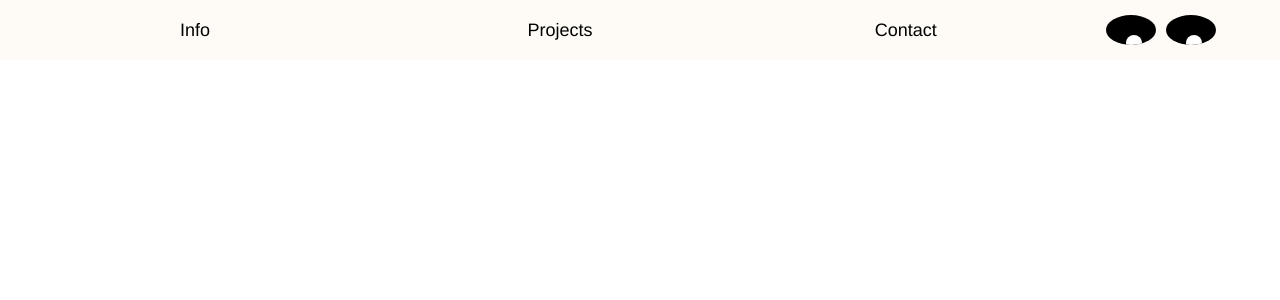
Repository: jinghuai8092/personal_website
Page: /
The author's editor kept a copy of each file at every save. The page is drawn from the files as they stood at one save, then again after the next save.
The browser window is 1280 px wide. The pictures show the whole page.
The project was rebuilt for these pictures with package versions that can differ from the ones it lists, and the page was loaded fresh each time.

Above is the page before, as saved 2021-09-09 20:52:31.

After the next save:
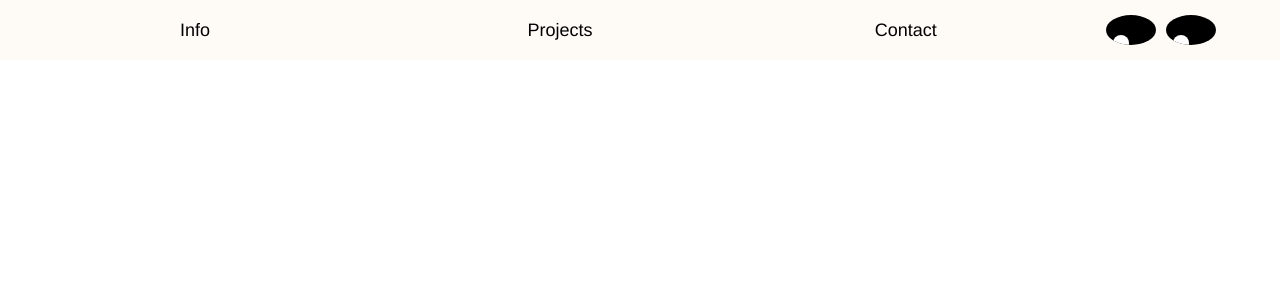
Saved 27 s later.
--- a/src/common/header/header.module.css
+++ b/src/common/header/header.module.css
@@ -54,5 +54,5 @@
     border-radius: 50%;
     position:absolute;
     top: 20px;
-    left: 20px;
+    left: 7px;
 }
